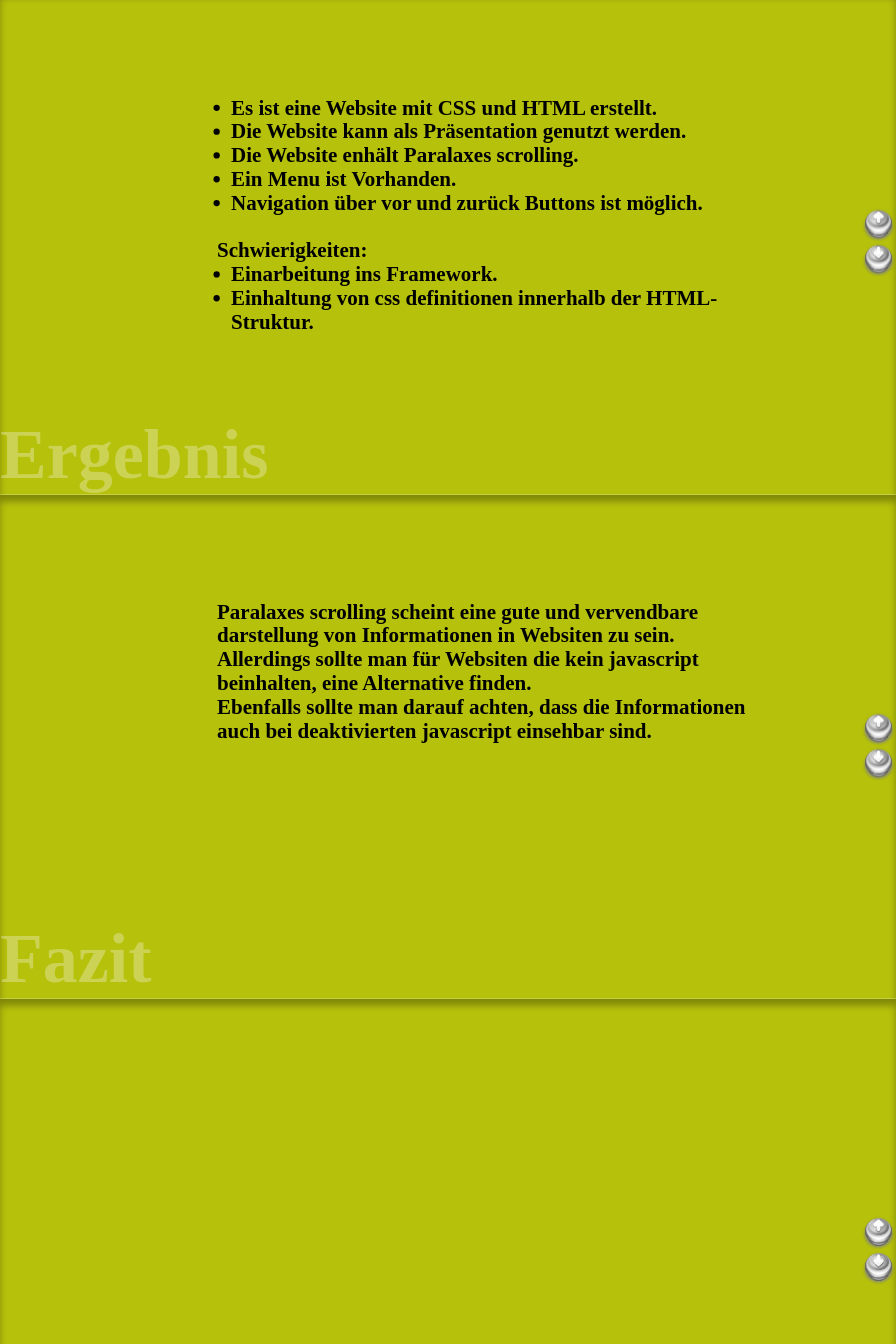
Repository: ennswi/websiteproject
Page: index.html
The author's editor kept a record of every edit. The page is drawn from the files as they stood at one moment, then again after the next edit.
The browser window is 1280 px wide. The pictures show the part of the page from y = 2912 to 4832 px (the page is 5058 px tall), at 70% of full size.

Above is the page before.

After the next edit:
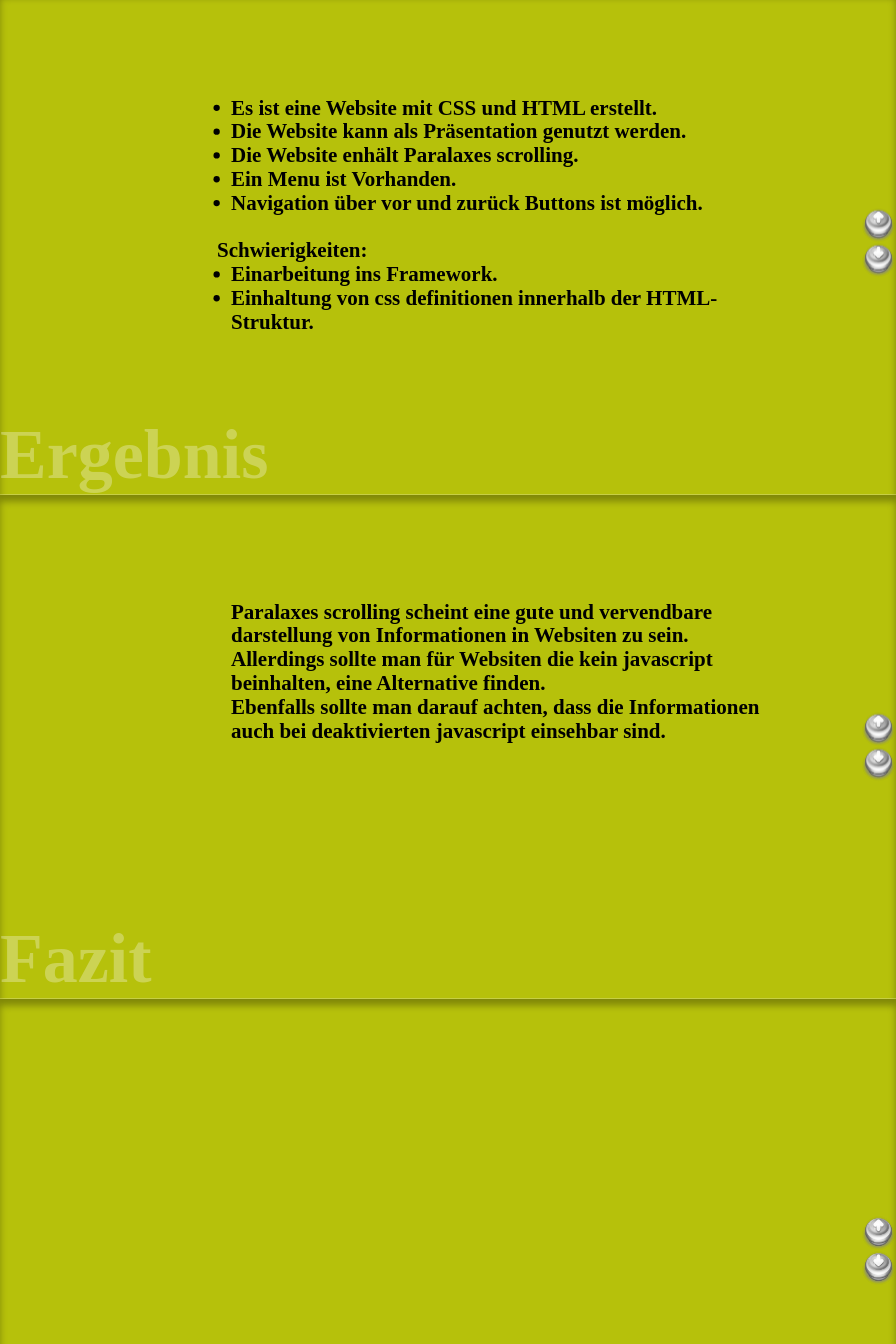
The edit:
--- a/index.html
+++ b/index.html
@@ -173,6 +173,7 @@
 			<img src="images/slide3/psdtuts.png" data-stellar-ratio="1.5" data-stellar-vertical-offset="-200"alt="">
 
 			<div class="info">
+				<ol>
 				Paralaxes scrolling scheint eine gute und vervendbare darstellung von Informationen in Websiten zu sein.</br>
 
 				Allerdings sollte man für Websiten die kein javascript beinhalten, eine Alternative finden.</br>
